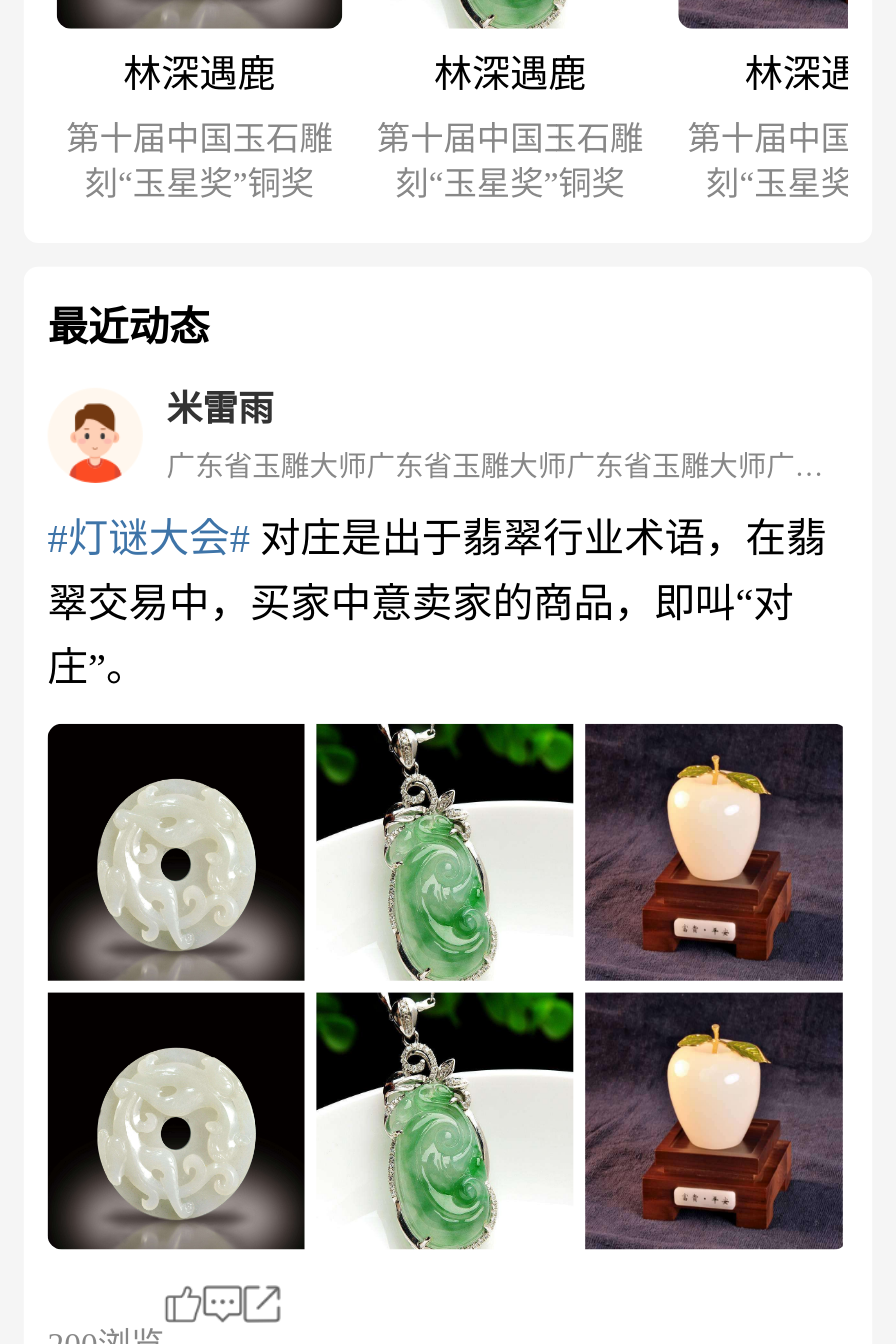
Repository: 1yanglulu/-
Page: html/jadecarvemaincenter.html
The author's editor kept a copy of each file at every save. The page is drawn from the files as they stood at one save, then again after the next save.
The browser window is 1280 px wide. The pictures show the part of the page from y = 4580 to 6500 px (the page is 7009 px tall before and 7016 px after), at 70% of full size.

Above is the page before, as saved 2020-01-08 17:33:25.

After the next save:
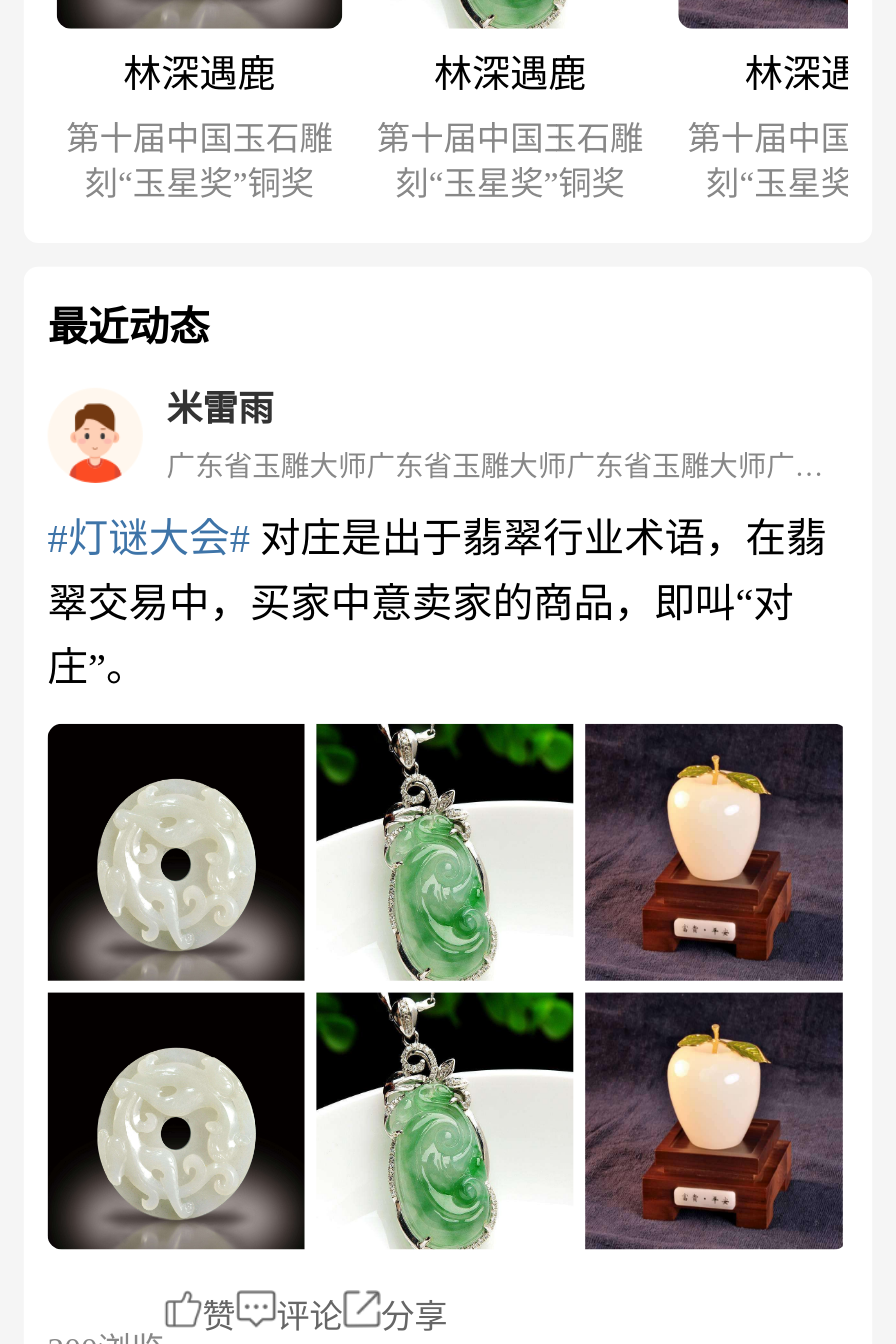
Saved 21 s later.
--- a/css/recentactive.css
+++ b/css/recentactive.css
@@ -151,5 +151,7 @@
   height: .32rem;
 }
 .recent-follow-item span{
-
+  font-size: .28rem;
+  color: #666666;
+  letter-spacing: 0;
 }
